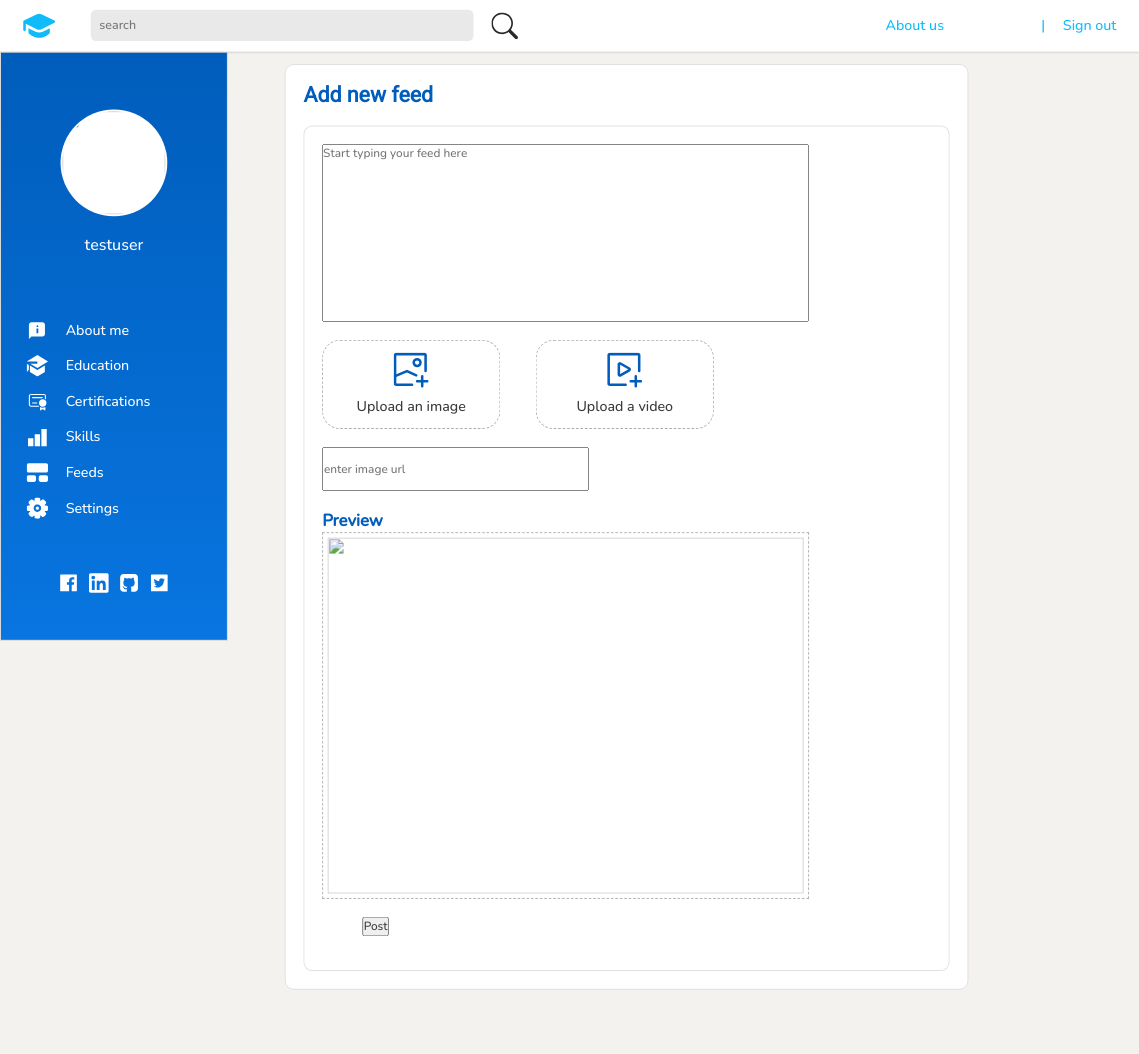
Repository: Mighil31/student_profile
Page: http://localhost/student_profile/feed/new_feed
An editor plug-in stored every save of this project. The page is shown before and after a run of saves, followed by the edit.
The browser window is 1280 px wide. The pictures show the whole page, at 89% of full size.
The page is served by Tomcat 9. The session is filled in as if someone had signed in: {"userID": 1, "userName": "testuser", "logged": true, "dp": 1}. Other server files are loaded and not shown.

Above is the page before, as saved 2021-10-28 17:08:46.

### student_profile/src/main/webapp/styles/addFeed.css
@import url("https://fonts.googleapis.com/css2?family=Roboto&display=swap");
@import url("https://fonts.googleapis.com/css2?family=Nunito:wght@500&display=swap");
@import url("https://fonts.googleapis.com/css2?family=Montserrat:wght@700&display=swap");
* {
  margin: 0;
  padding: 0;
  -webkit-box-sizing: border-box;
          box-sizing: border-box;
  font-family: 'Nunito', sans-serif;
  color: #3a3a3a;
  scroll-behavior: smooth;
}

body {
  widows: 100%;
  display: -webkit-box;
  display: -ms-flexbox;
  display: flex;
  -webkit-box-pack: center;
      -ms-flex-pack: center;
          justify-content: center;
  -webkit-box-align: center;
      -ms-flex-align: center;
          align-items: center;
  text-align: center;
  position: relative;
  padding: 10vh 0 10vh 0;
  background: #f3f2ef;
}

body .addFeedComponent {
  margin-left: 10%;
  width: 60%;
  background: white;
  border-radius: 10px;
  border: 1px solid #a7a7a756;
  display: -webkit-box;
  display: -ms-flexbox;
  display: flex;
  -webkit-box-pack: center;
      -ms-flex-pack: center;
          justify-content: center;
  -webkit-box-align: center;
      -ms-flex-align: center;
          align-items: center;
  text-align: center;
  -webkit-box-orient: vertical;
  -webkit-box-direction: normal;
      -ms-flex-direction: column;
          flex-direction: column;
  -webkit-box-align: start;
      -ms-flex-align: start;
          align-items: flex-start;
  -webkit-box-pack: start;
      -ms-flex-pack: start;
          justify-content: flex-start;
  padding: 20px;
  gap: 20px;
}
body .addFeedComponent form{
  width: 100%;
  background: white;
  border-radius: 10px;
  border: 1px solid #a7a7a756;
  display: -webkit-box;
  display: -ms-flexbox;
  display: flex;
  -webkit-box-pack: center;
      -ms-flex-pack: center;
          justify-content: center;
  -webkit-box-align: center;
      -ms-flex-align: center;
          align-items: center;
  text-align: center;
  -webkit-box-orient: vertical;
  -webkit-box-direction: normal;
      -ms-flex-direction: column;
          flex-direction: column;
  -webkit-box-align: start;
      -ms-flex-align: start;
          align-items: flex-start;
  -webkit-box-pack: start;
      -ms-flex-pack: start;
          justify-content: flex-start;
  padding: 20px;
  gap: 20px;
}

body .addFeedComponent h2 {
  color: #005dbb;
  font-family: 'Roboto';
}

body .addFeedComponent .feedDescription {
  width: 80%;
  height: 200px;
  resize: none;
}

body .addFeedComponent .mediaPreview {
  width: 80%;
  display: -webkit-box;
  display: -ms-flexbox;
  display: flex;
  -webkit-box-pack: center;
      -ms-flex-pack: center;
          justify-content: center;
  -webkit-box-align: center;
      -ms-flex-align: center;
          align-items: center;
  text-align: center;
  -webkit-box-orient: vertical;
  -webkit-box-direction: normal;
      -ms-flex-direction: column;
          flex-direction: column;
  -webkit-box-align: start;
      -ms-flex-align: start;
          align-items: flex-start;
}

body .addFeedComponent .mediaPreview h3 {
  color: #005dbb;
}

body .addFeedComponent .mediaPreview .mediawrap {
  width: 100%;
  padding: 5px;
  border: 1px dashed rgba(63, 63, 63, 0.432);
}

body .addFeedComponent .mediaPreview .mediawrap img, body .addFeedComponent .mediaPreview .mediawrap video {
  width: 100%;
  height: 400px;
  -o-object-fit: cover;
     object-fit: cover;
}

body .addFeedComponent .resourceOptions {
  width: 100%;
  height: 100px;
  display: -webkit-box;
  display: -ms-flexbox;
  display: flex;
  -webkit-box-pack: center;
      -ms-flex-pack: center;
          justify-content: center;
  -webkit-box-align: center;
      -ms-flex-align: center;
          align-items: center;
  text-align: center;
  -webkit-box-pack: start;
      -ms-flex-pack: start;
          justify-content: flex-start;
  gap: 20px;
}

body .addFeedComponent .resourceOptions .addMedia {
  width: 200px;
  height: 100%;
  display: -webkit-box;
  display: -ms-flexbox;
  display: flex;
  -webkit-box-pack: center;
      -ms-flex-pack: center;
          justify-content: center;
  -webkit-box-align: center;
      -ms-flex-align: center;
          align-items: center;
  text-align: center;
  -webkit-box-orient: vertical;
  -webkit-box-direction: normal;
      -ms-flex-direction: column;
          flex-direction: column;
  gap: 10px;
  border: 1px dashed rgba(63, 63, 63, 0.432);
  border-radius: 20px;
  cursor: pointer;
  background: white;
}

body .addFeedComponent .resourceOptions .addMedia svg {
  width: 40px;
  height: 40px;
}

body .addFeedComponent .resourceOptions .addMedia:hover {
  background: rgba(231, 231, 231, 0.836);
}
body .addFeedComponent .tempImageURLLoader{
	width:300px;
	height:50px;
}

body .addFeedComponent .PostFeedButton {
  width: 120px;
  height: 40px;
}

body .addFeedComponent .PostFeedButton a {
  text-decoration: none;
  width: 100%;
  height: 100%;
  display: -webkit-box;
  display: -ms-flexbox;
  display: flex;
  -webkit-box-pack: center;
      -ms-flex-pack: center;
          justify-content: center;
  -webkit-box-align: center;
      -ms-flex-align: center;
          align-items: center;
  text-align: center;
  background: #0fbcf9;
  color: white;
}

body .addFeedComponent .PostFeedButton a:hover {
  background: #005dbb;
}
/*# sourceMappingURL=addFeed.css.map */

Loaded but not shown: student_profile/src/main/java/student_profile/java/web/StudentServlet.java (508 lines, source omitted); student_profile/src/main/java/student_profile/java/web/feedsServlet.java (194 lines, source omitted); student_profile/src/main/webapp/styles/navbar_profilesTab.css (278 lines, source omitted); student_profile/src/main/webapp/jsp/addFeed.jsp (129 lines, source omitted)

After the next 2 saves:
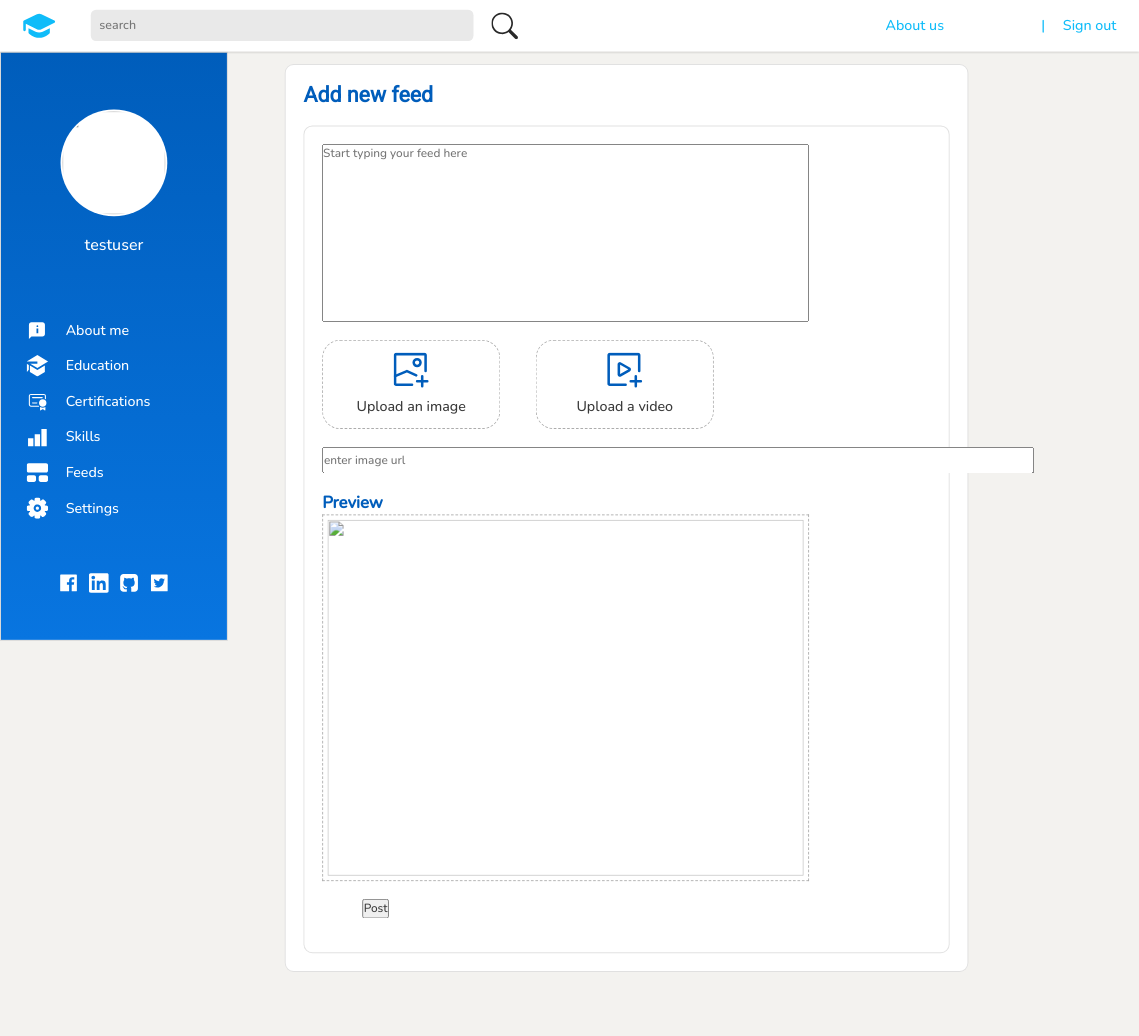
The 2 saves are shown as one change because they came seconds apart.
The last was saved 11 s later.
--- a/student_profile/src/main/webapp/styles/addFeed.css
+++ b/student_profile/src/main/webapp/styles/addFeed.css
@@ -187,8 +187,8 @@ body .addFeedComponent .resourceOptions .addMedia:hover {
   background: rgba(231, 231, 231, 0.836);
 }
 body .addFeedComponent .tempImageURLLoader{
-	width:300px;
-	height:50px;
+	width:800px;
+	height:30px;
 }
 
 body .addFeedComponent .PostFeedButton {
